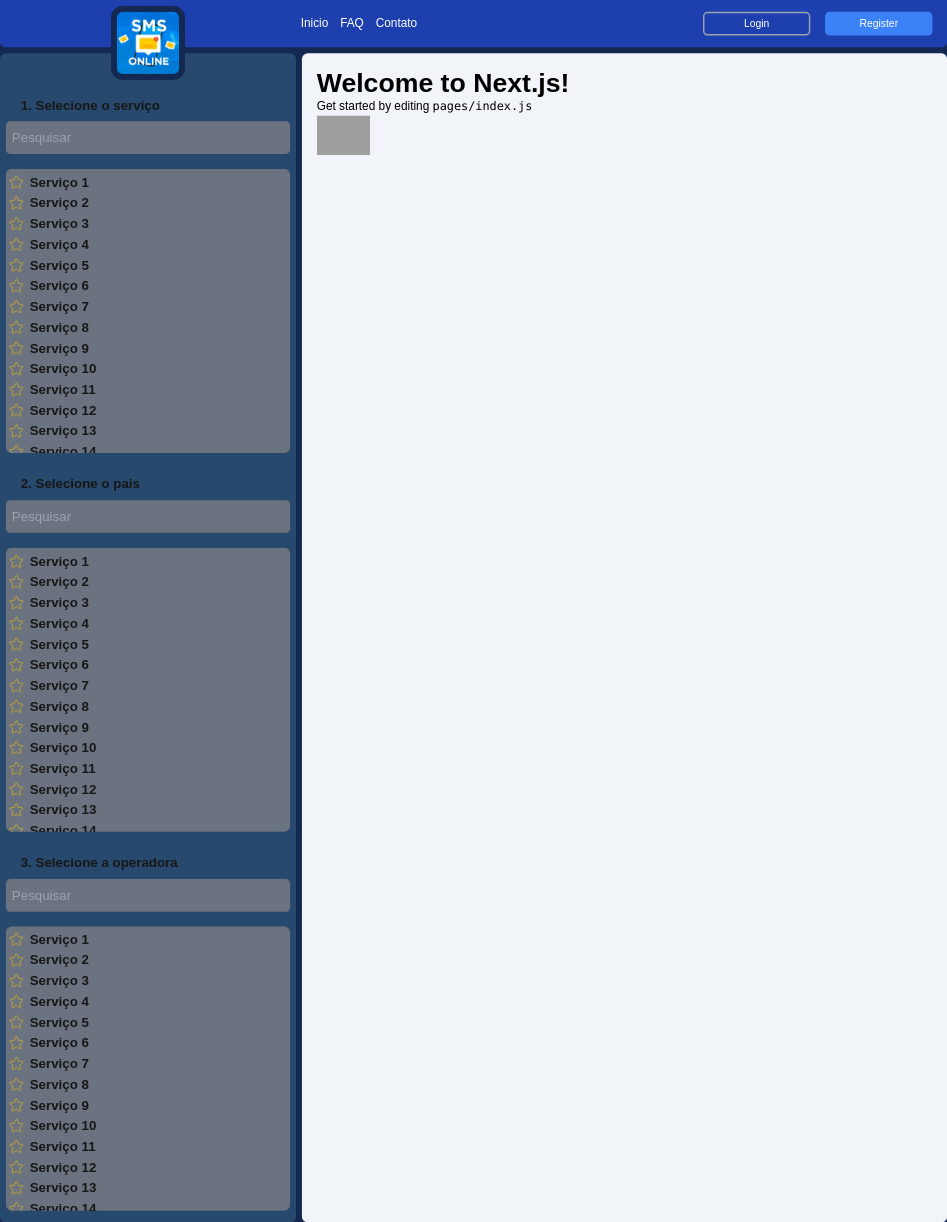
Repository: Felipe-Henrique-Dev/-DIOGO-SMS
Page: /
The author's editor kept a copy of each file at every save. The page is drawn from the files as they stood at one save, then again after the next save.
The browser window is 1280 px wide. The pictures show the whole page, at 74% of full size.
Pictures or frames that could not be fetched are drawn as grey boxes. The project was rebuilt for these pictures with package versions that can differ from the ones it lists, and the page was loaded fresh each time. The framework's server and built-in components were replaced by stand-ins that run in the browser. Also part of the build but not shown: next.config.ts.

Above is the page before, as saved 2024-12-16 22:26:37.

### src/app/layout.tsx
import type { Metadata } from "next";
import "./globals.css";
import Header from "@/components/main/Header";
import Main from "@/components/main/Main";
import WebApp from "@/components/main/WebApp";



export const metadata: Metadata = {
  title: "Create Next App",
  description: "Generated by create next app",
};

export default function RootLayout({
  children,
}: Readonly<{
  children: React.ReactNode;
}>) {
  return (
    <html lang="pt-br">
      <body className={`antialiased`}>
        <Header />
        <Main>
          <WebApp />
          {children}
        </Main>
      </body>
    </html>
  );
}

### src/app/page.tsx
import Section from "@/components/main/Section";
import Image from "next/image";

export default function Home() {
  return (
    <Section>
      <h1 className="text-4xl font-bold text-center">Welcome to Next.js!</h1>
      <p className="text-center">
        Get started by editing <code>pages/index.js</code>
      </p>
      <Image
        src="/vercel.svg"
        alt="Vercel Logo"
        width={72}
        height={16}
      />
    </Section>
  );
}

### src/app/globals.css
@tailwind base;
@tailwind components;
@tailwind utilities;

:root {
  --background: hsl(220, 60%, 20%);
  --background-secondary: hsl(211, 47%, 29%);
  --primary_text: hsl(0, 0%, 100%);
  --foreground: #171717;
  --color-primary: #000;
  --color-secondary: #1F40AF;
}


body {
  color: var(--foreground);
  background: var(--background);
  font-family: Arial, Helvetica, sans-serif;
}

::-webkit-scrollbar {
  width: 8px;
  height: 10px;
}

::-webkit-scrollbar-track {
  background-color: var(--color-primary);
}

::-webkit-scrollbar-thumb {
  background: var(--color-secondary);
  border-radius: 10px;
}

::-webkit-scrollbar-thumb:hover {
  background-color: var(--color-highlight-hover);
}

### src/components/main/Header.tsx
import React from "react";
import { Button } from "./Button";


export default function Header() {
  return (
    <header className="h-16 bg-blue-800 max-w-screen-2xl m-auto top-0 items-center justify-between  flex rounded-b-lg px-5 z-[99] ">
        <span className="text-white text-lg font-bold"></span>
        <nav className="flex gap-4">
            <a href="#" className="text-white">Inicio</a>
            <a href="#" className="text-white">FAQ</a>
            <a href="#" className="text-white">Contato</a>
        </nav>
        <div className="container flex justify-between items-center w-1/4 gap-5">
            <Button type="button" size="sm" className="text-white" isLoading={false} bgColor="none">Login</Button>
            <Button type="button" size="sm" className="text-white" isLoading={false} bgColor="primary">
                Register
            </Button>
        </div>
    </header>
  );
}

### src/components/main/Main.tsx
import React from "react";

export default function Main({
  children,
}: Readonly<{
  children: React.ReactNode;
}>) {
  return (
    <main className="container max-w-screen-2xl mx-auto flex pt-2 gap-2 ">
      {children}
    </main>
  );
}

### src/components/main/WebApp.tsx
'use client'
import React from "react";
import { Input } from "./Input";
import { useForm } from "react-hook-form"
import Image from "next/image";
export default function WebApp() {
  const [selectService, setSelectService] = React.useState<{ title: string; valor: number; numberDispobilize: number; id: string } | null>(null);
  const [selectCountry, setSelectCountry] = React.useState<{ title: string; valor: number; numberDispobilize: number; id: string } | null>(null);
  const [selectOperator, setSelectOperator] = React.useState<{ title: string; valor: number; numberDispobilize: number; id: string } | null>(null);

  return (
    <aside className="min-w-[25rem] min-h-[90svh] bg-background_secondary text-pri sticky left-0 top-[4.5rem] rounded-lg flex flex-col p-2 gap-5  pt-14 z-[999]">
      <Image src="/logo.webp" alt="Logo" width={100} height={100} className="rounded-2xl absolute -top-16 transform -translate-x-1/2 left-1/2 z-[99] border-8 border-background " />
      <Container subTitle="1. Selecione o serviço" list={list} select={selectService} setSelect={setSelectService} />
      <Container subTitle="2. Selecione o pais" list={list} select={selectCountry} setSelect={setSelectCountry} />
      <Container subTitle="3. Selecione a operadora" list={list} select={selectOperator} setSelect={setSelectOperator} />
    </aside>
  );
}


const Container = ({
  list,
  subTitle,
  select,
  setSelect
}: {
  subTitle: string;
  select?: { title: string; valor: number; numberDispobilize: number; id: string } | null;
  setSelect: React.Dispatch<React.SetStateAction<{ title: string; valor: number; numberDispobilize: number; id: string } | null>>;
  list: { title: string; valor: number; numberDispobilize: number; id: string }[];
}) => {
  const { register, watch } = useForm();
  const filter = (watch("filter") || "").toLowerCase();
  const [favorites, setFavorites] = React.useState<string[]>([]);
  const [loading, setLoading] = React.useState<boolean>(true);

  React.useEffect(() => {
    const storedFavorites = JSON.parse(localStorage.getItem("favorites") || "[]");
    setFavorites(storedFavorites);
    setLoading(false);
  }, []);

  const setFavoriteInStorage = (item: string) => {
    const newFavorites = favorites.includes(item)
      ? favorites.filter(favorite => favorite !== item)
      : [...favorites, item];

    setFavorites(newFavorites);
    localStorage.setItem("favorites", JSON.stringify(newFavorites));
  };

  // Primeiro filtrar e ordenar a lista antes do map
  const filteredAndSortedList = React.useMemo(() => {
    return list
      .filter(item => item.title.toLowerCase().includes(filter))
      .sort((a, b) => {
        const aFav = favorites.includes(a.id);
        const bFav = favorites.includes(b.id);
        if (aFav && !bFav) return -1;
        if (!aFav && bFav) return 1;
        return 0;
      });
  }, [list, filter, favorites]);

  if (loading) return <div>Carregando...</div>;

  return (
    <div className="flex flex-col gap-2  ">
      <span className="text-lg font-bold w-full text-start px-5">{subTitle}</span>
      {
        select ?
          <div className="flex w-full bg-slate-300 rounded-lg h-10 items-center justify-start px-5 gap-5 ">
            <button onClick={() => setSelect(null)} className="flex items-center justify-center gap-2 h-8 min-w-8 rounded-xl border-red-500 border-[1px] text-black">X</button>
            <span className="text-lg font-bold min-w-8 h-8 rounded-full text-center bg-white ">I</span>
            <span className="text-lg font-bold w-auto text-center">{select.title}</span>
          </div>
        :
        <>
          <Input type="text" placeholder="Pesquisar" size="lg" register={register("filter")} />
          <div className="h-96 bg-gray-500 w-full my-2 overflow-x-auto scroll-smooth rounded-lg p-1 ">
            {filteredAndSortedList.map((item) => (
              <div className="bg-gray-500 w-full flex items-center justify-start gap-2" key={item.id}>
                <Stars
                  stars={favorites.includes(item.id)}
                  setFavorite={() => setFavoriteInStorage(item.id)}
                />
                <button className="flex flex-col" onClick={() => setSelect(item)}>
                  <span className="text-lg font-bold w-full text-center">{item.title}</span>
                </button>
              </div>
            ))}
          </div>
        </>
      }
    </div>
  );
};



const list = [
  {
    id: "1",
    title: "Serviço 1",
    valor: 10.00,
    numberDispobilize: 6000,
  },
  {
    id: "2",
    title: "Serviço 2",
    valor: 20.00,
    numberDispobilize: 5000,
  },
  {
    id: "3",
    title: "Serviço 3",
    valor: 30.00,
    numberDispobilize: 4000,
  },
  {
    id: "4",
    title: "Serviço 4",
    valor: 40.00,
    numberDispobilize: 3000,
  },
  {
    id: "5",
    title: "Serviço 5",
    valor: 50.00,
    numberDispobilize: 2000,
  },
  {
    id: "6",
    title: "Serviço 6",
    valor: 60.00,
    numberDispobilize: 1000,
  },
  {
    id: "7",
    title: "Serviço 7",
    valor: 70.00,
    numberDispobilize: 900,
  },
  {
    id: "8",
    title: "Serviço 8",
    valor: 80.00,
    numberDispobilize: 800,
  },
  {
    id: "9",
    title: "Serviço 9",
    valor: 90.00,
    numberDispobilize: 700,
  },
  {
    id: "10",
    title: "Serviço 10",
    valor: 100.00,
    numberDispobilize: 600,
  },
  {
    id: "11",
    title: "Serviço 11",
    valor: 110.00,
    numberDispobilize: 500,
  },
  {
    id: "12",
    title: "Serviço 12",
    valor: 120.00,
    numberDispobilize: 400,
  },
  {
    id: "13",
    title: "Serviço 13",
    valor: 130.00,
    numberDispobilize: 300,
  },
  {
    id: "14",
    title: "Serviço 14",
    valor: 140.00,
    numberDispobilize: 200,
  },
  {
    id: "15",
    title: "Serviço 15",
    valor: 150.00,
    numberDispobilize: 100,
  }
];

const Stars = ({stars, setFavorite} : {stars: boolean, setFavorite: () => void}) => {
  return (
      <>
          {
              !stars?
              <svg width="20" height="20" viewBox="0 0 13 12" fill="none" xmlns="http://www.w3.org/2000/svg" onClick={setFavorite} className="cursor-pointer" >
                  <path d="M6.49956 9.51326L9.26623 11.1866C9.77289 11.4933 10.3929 11.0399 10.2596 10.4666L9.52623 7.31992L11.9729 5.19993C12.4196 4.81326 12.1796 4.07993 11.5929 4.03326L8.37289 3.75993L7.11289 0.786592C6.88623 0.246592 6.11289 0.246592 5.88623 0.786592L4.62623 3.75326L1.40623 4.02659C0.81956 4.07326 0.57956 4.80659 1.02623 5.19326L3.47289 7.31326L2.73956 10.4599C2.60623 11.0333 3.22623 11.4866 3.73289 11.1799L6.49956 9.51326Z" fill="none" stroke="#EFC900" strokeWidth="0.5"/>
              </svg>
              :
              <svg width="20" height="20" viewBox="0 0 13 12" fill="none" xmlns="http://www.w3.org/2000/svg" onClick={setFavorite} className="cursor-pointer">
                  <path d="M6.49956 9.51326L9.26623 11.1866C9.77289 11.4933 10.3929 11.0399 10.2596 10.4666L9.52623 7.31992L11.9729 5.19993C12.4196 4.81326 12.1796 4.07993 11.5929 4.03326L8.37289 3.75993L7.11289 0.786592C6.88623 0.246592 6.11289 0.246592 5.88623 0.786592L4.62623 3.75326L1.40623 4.02659C0.81956 4.07326 0.57956 4.80659 1.02623 5.19326L3.47289 7.31326L2.73956 10.4599C2.60623 11.0333 3.22623 11.4866 3.73289 11.1799L6.49956 9.51326Z" fill="#EFC900"/>
              </svg>
          }
      </>
  );
}

### src/components/main/Section.tsx
import { cn } from "@/lib/utils";
import React from "react";

export default function Section({
  children,
  className
}: Readonly<{
  children: React.ReactNode;
  className?: string;
}>) {
  return (
    <section className={cn(
      "p-5 flex flex-col min-h-[90svh] bg-slate-100 w-full text-black items-start justify-start rounded-lg ",
      className
    )}>
      {children}
    </section>
  );
}

### src/components/main/Button.tsx
/* eslint-disable @typescript-eslint/no-explicit-any */
import { cn } from "@/lib/utils";
import React from "react";

export const Button = ({
    className,
    size = "md",
    onClick,
    children,
    type,
    isLoading,
    bgColor = "primary",
}:{
    type: 'button' | 'submit' | 'reset';
    onClick?: (event: React.MouseEvent<HTMLButtonElement>) => void;
    className?: string;
    children: React.ReactNode;
    size?: "sm" | "md" | "lg";
    isLoading: boolean;
    bgColor?: "primary" | "secondary" | "danger" | "none";
}) => {

    const sizes = {
        sm: "w-1/2 h-8 text-sm",
        md: "w-3/4 h-10 text-base",
        lg: "w-full h-14 text-lg",
    };

    const bgColors = {
        primary: "bg-blue-500 text-white",
        secondary: "bg-gray-500 text-white",
        danger: "bg-red-500 text-white",
        none: "bg-transparent text-black border-gray-400 border-2 "
    };

    return (
        <button
            type={type}
            onClick={onClick}
            className={cn(
                "p-2 rounded-md relative flex items-center justify-center",
                bgColors[bgColor],
                sizes[size],
                className
            )}
            disabled={isLoading}
        >
            {
                isLoading ? loading() : children
            }
        </button>
    );
}


const loading = () => {
    return (
        <div className="absolute inset-0 bg-gray-300 bg-opacity-50 flex items-center justify-center">
            <div className="animate-spin rounded-full h-12 w-12 border-t-2 border-b-2 border-gray-900"></div>
        </div>
    );
}

### src/components/main/Input.tsx
/* eslint-disable @typescript-eslint/no-unused-vars */
/* eslint-disable @typescript-eslint/no-explicit-any */
import { cn } from "@/lib/utils";
import React from "react";

export const Input = ({
    type,
    placeholder,
    classNameSpan,
    classNameLabel,
    classNameInput,
    label,
    size = "md",
    icon,
    register,
    bgColor = "secondary",
    labelIsHidden = false,
    name
}:{
    type: 'text' | 'password' | 'email';
    placeholder: string;
    classNameSpan?: string;
    classNameLabel?: string;
    classNameInput?: string;
    size?: "sm" | "md" | "lg";
    icon?: React.ReactNode;
    register?: any;
    label?: string;
    bgColor?: "primary" | "secondary" | "danger" | "none";
    labelIsHidden?: boolean;
    name?: string;
}) => {

    const sizes = {
        sm: "w-1/2 h-8 text-sm",
        md: "w-3/4 h-10 text-base",
        lg: "w-full h-12 text-lg",
    };

    const bgColors = {
        primary: "bg-blue-500 text-white",
        secondary: "bg-gray-500 text-white",
        danger: "bg-red-500 text-white",
        none: "bg-transparent text-black border-gray-300 border-2"
    };


    return (
        <span className={cn(
                "relative flex flex-col",
                sizes[size],
                classNameSpan,
        )}>
            {
                labelIsHidden &&
                <label className={cn(
                    classNameLabel
                )} >
                    {label}
                </label>
            }
            <input
                type={type}
                placeholder={placeholder}
                {...register}
                className={cn(
                    "p-2 rounded-md relative w-full",
                    classNameInput,
                    bgColors[bgColor]
                )}
            />
            {icon}
        </span>

    );
}

### tailwind.config.ts
import type { Config } from "tailwindcss";

export default {
  content: [
    "./src/pages/**/*.{js,ts,jsx,tsx,mdx}",
    "./src/components/**/*.{js,ts,jsx,tsx,mdx}",
    "./src/app/**/*.{js,ts,jsx,tsx,mdx}",
  ],
  theme: {
    extend: {
      colors: {
        background: "var(--background)",
        foreground: "var(--foreground)",
        background_secondary: "var(--background-secondary)",
        primary: "var(--primary)",
      },
      background : {
        background: "var(--background)",
        background_secondary: "var(--background-secondary)",
        foreground: "var(--foreground)",
      },
    },
  },
  plugins: [],
} satisfies Config;

Loaded but not shown: src/lib/utils.ts (common file)

After the next save:
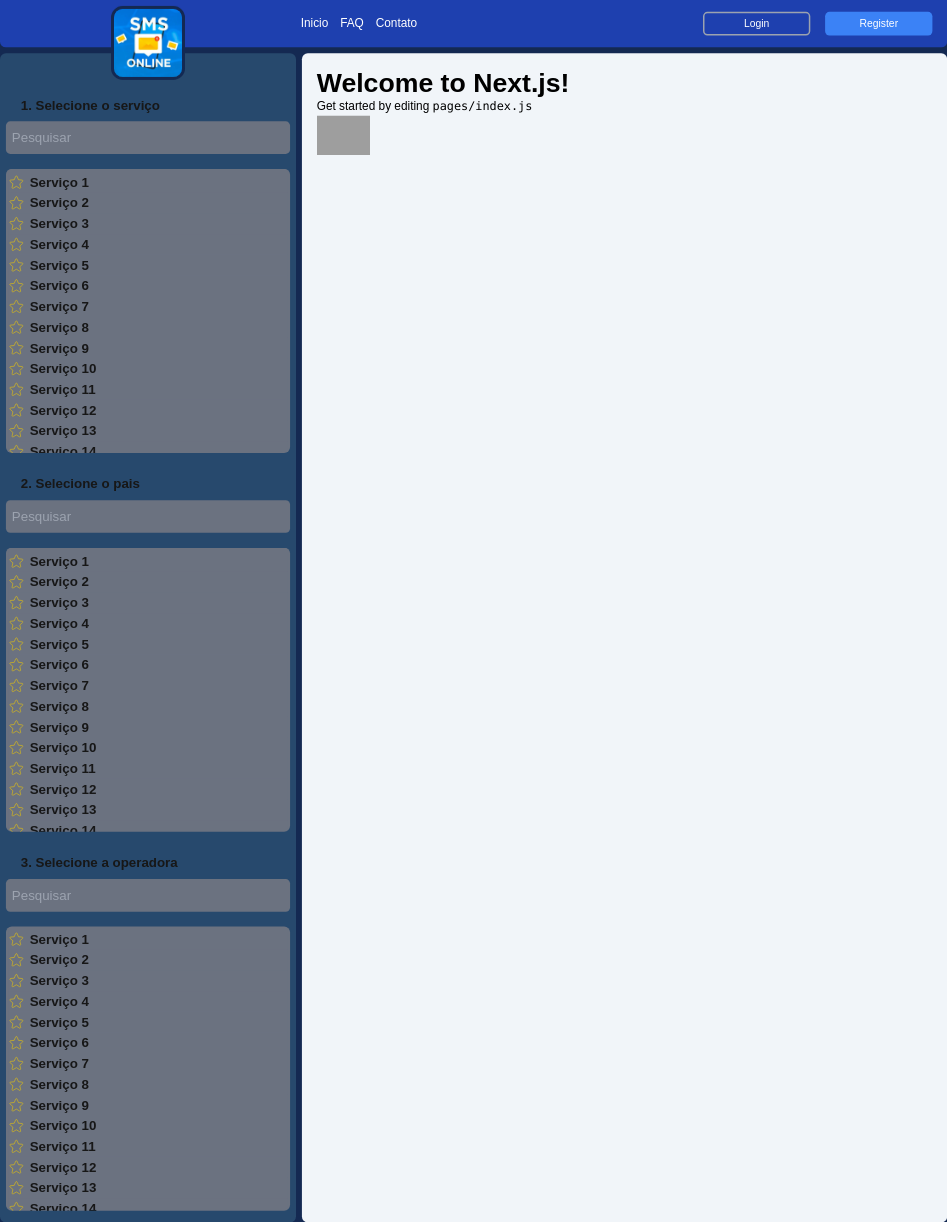
Saved 21 s later.
--- a/src/components/main/WebApp.tsx
+++ b/src/components/main/WebApp.tsx
@@ -10,7 +10,7 @@
 
   return (
     <aside className="min-w-[25rem] min-h-[90svh] bg-background_secondary text-pri sticky left-0 top-[4.5rem] rounded-lg flex flex-col p-2 gap-5  pt-14 z-[999]">
-      <Image src="/logo.webp" alt="Logo" width={100} height={100} className="rounded-2xl absolute -top-16 transform -translate-x-1/2 left-1/2 z-[99] border-8 border-background " />
+      <Image src="/logo.webp" alt="Logo" width={100} height={100} className="rounded-2xl absolute -top-16 transform -translate-x-1/2 left-1/2 z-[99] border-4 border-background " />
       <Container subTitle="1. Selecione o serviço" list={list} select={selectService} setSelect={setSelectService} />
       <Container subTitle="2. Selecione o pais" list={list} select={selectCountry} setSelect={setSelectCountry} />
       <Container subTitle="3. Selecione a operadora" list={list} select={selectOperator} setSelect={setSelectOperator} />
